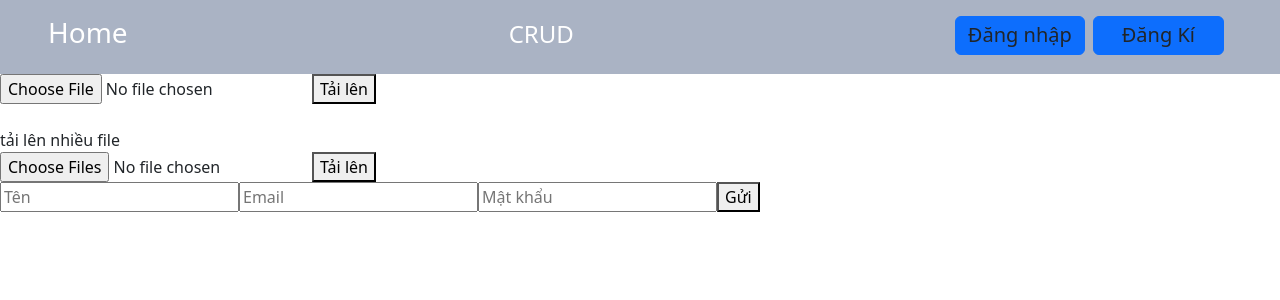
Repository: tung1999zxc/vue-project
Page: /upload
An editor plug-in stored every save of this project. The page is shown before and after a run of saves, followed by the edit.
The browser window is 1280 px wide. The pictures show the whole page.
The project was rebuilt for these pictures with package versions that can differ from the ones it lists, and the page was loaded fresh each time. Also part of the build but not shown: vite.config.ts, src/components/test.vue, src/components/footer1.vue, src/views/HomeView.vue, src/components/login.vue, src/components/Regis.vue, src/components/crud.vue.

Above is the page before, as saved 2023-08-08 10:13:34.
Console error (its wording comes from the project's code and is left out).

### index.html
<!DOCTYPE html>
<html lang="en">
  <head>
    <meta charset="UTF-8">
    <meta name="viewport" content="width=device-width, initial-scale=1.0">
    <title>Vite App</title>
  </head>
  <body>
    <div id="app"><div></div></div>
    <script type="module" src="/src/main.js"></script>

  </body>
</html>

### src/main.js


import { createApp } from 'vue';
import { createPinia } from 'pinia';



import App from './App.vue'
import router from './router/index'
import store from './store/index'
import axios from 'axios';
import { Field, Form, ErrorMessage } from 'vee-validate';

import 'bootstrap/dist/css/bootstrap.css'

// const isAuthenticated = localStorage.getItem('token');
// if (isAuthenticated !== null) {
//   store.commit('SET_AUTHENTICATION', isAuthenticated === 'true');
// }
const app = createApp(App)
app.component('Field', Field);
app.component('Form', Form);
app.component('ErrorMessage', ErrorMessage);
app.use(createPinia())
app.use(router)
app.use(store)
axios.defaults.headers.common['Authorization'] = `Bearer ${localStorage.getItem('token')}`;
app.mount('#app')

### src/App.vue
<template>
  <Menu/>
  <router-view></router-view>



</template>
<script setup lang="ts">
import axios from 'axios';
import { RouterLink, RouterView } from 'vue-router'
import Menu from './components/Menu.vue'


//import login from './components/login.vue'

// export default {
//   components: {
//     Menu,login2
//   },
// };

</script>

<style scoped>

</style>

### src/router/index.js
import { createRouter, createWebHistory } from 'vue-router'
import HomeView from '../views/HomeView.vue'
import Login from '../components/Login.vue'
import Regis from '../components/Regis.vue'
import crud from '../components/crud.vue'
import upload from '../components/upload.vue'


const router = createRouter({
  history: createWebHistory(import.meta.env.BASE_URL),
  routes : [
    {path: '/',component: HomeView,},
    {path: '/login',component:Login,},
    {path: '/Regis',component: Regis,},
    {path: '/crud',component: crud,},
    {path: '/upload',component: upload,},


  ]
})

export default router

### src/store/index.js
// store/index.js

import { createStore } from 'vuex'
import Vuex from 'vuex';
import auth from './auth';



const store = new Vuex.Store({
  modules: {
    auth, // Thêm Vuex module vào store với tên auth
  },
});

export default store;

### src/components/Menu.vue
<template>
    <div>
      <div class="justify-content-between d-flex px-5 py-3 " style="background: #aab3c4; ">


        <div class="h3"><router-link class="text-white text-decoration-none" to="/">Home</router-link></div>
        <div class="h4 mt-1"><router-link class="text-white text-decoration-none" to="/crud">CRUD</router-link></div>
        <!-- <div class="h4 mt-1"><router-link class="text-white text-decoration-none" to="/upload">UPLOAD</router-link></div> -->


        <div class=""><div v-if="!isAuthenticated" class="btn btn-primary mr-2 " >
          <router-link class="text-dark h5 text-decoration-none " to="/Login">Đăng nhập</router-link></div>
         <div v-else class="btn btn-danger " >
          <div @click="handleLogout">Đăng xuất</div></div>
         <div class="btn btn-primary mx-2"  v-show="!isAuthenticated"><router-link class=" h5 px-3 text-dark text-decoration-none" to="/Regis">Đăng Kí</router-link></div></div>

    </div>

    </div>
  </template>

  <script>
  import 'bootstrap/dist/css/bootstrap.css';
  import { mapState, mapGetters , mapMutations ,mapActions} from 'vuex';
  export default {
    computed: {
    ...mapGetters('auth', ['isAuthenticated','userinfo']),
  },
    methods: {
      ...mapMutations('auth', ['SET_AUTHENTICATED']),
      ...mapActions('auth', ['login', 'logout']),
    // handleLogin() {
    //   this.login(); // Call the login action to set isAuthenticated to true
    // },
    handleLogout() {
      this.logout(); // Call the logout action to set isAuthenticated to false
    },


        logoutUser(){
      // Xóa mã thông báo JWT khỏi localStorage khi đăng xuất
      localStorage.removeItem('token');
      // Hoặc đặt lại giá trị isAuthenticated về false khi đăng xuất
      this.SET_AUTHENTICATED = null;
      alert('đăng xuất thành  công');



    },
    },

  };
  </script>

  <style scoped>


  </style>

### src/components/upload.vue
<template>
  <div>
    <input type="file" ref="fileInput" @change="handleFileChange" />
    <button @click="uploadFile">Tải lên</button> <br><br>
    tải lên nhiều file <br>
    <input type="file" ref="fileInput" @change="handleFileChange" multiple />
    <button @click="uploadFiles">Tải lên</button>


    <Form @submit="submitForm">
      <Field name="name" rules="required" v-slot="{ errors }">
        <input v-model="name" placeholder="Tên" />
        <ErrorMessage :name="name" :errors="errors" />
      </Field>

      <Field name="email" rules="required|email" v-slot="{ errors }">
        <input v-model="email" placeholder="Email" />
        <ErrorMessage :name="email" :errors="errors" />
      </Field>

      <Field name="password" rules="required|min:6" v-slot="{ errors }">
        <input type="password" v-model="password" placeholder="Mật khẩu" />
        <ErrorMessage :name="password" :errors="errors" />
      </Field>

      <button type="submit">Gửi</button>
    </Form>
  </div>
</template>

<script>
export default {
  data() {
    return {
      selectedFile: null,
    };
  },
  methods: {
    handleFileChange(event) {
      this.selectedFile = event.target.files[0];
      // this.selectedFiles = event.target.files;
    },
    async uploadFile() {
      if (this.selectedFile) {
        const formData = new FormData();
        formData.append('file', this.selectedFile);

      //   const formData = new FormData();
      //   for (let i = 0; i < this.selectedFiles.length; i++) {
      //   formData.append('files', this.selectedFiles[i]);
      // }

        try {
          const response = await fetch('https://example.com/api/upload', {
            method: 'POST',
            body: formData,
          });

          if (response.ok) {
            console.log('Tải tệp lên thành công.');
          } else {
            console.error('Lỗi khi tải tệp lên.');
          }
        } catch (error) {
          console.error('Lỗi kết nối:', error);
        }
      } else {
        console.warn('Vui lòng chọn tệp cần tải lên.');
      }
    },
  },
};
</script>

### src/store/auth.js
const state = {
  isAuthenticated: localStorage.getItem('token'),
  userinfo: JSON.parse(localStorage.getItem('userinfo')),

  // Các thông tin người dùng khác nếu cần
};

const getters = {
  isAuthenticated: state => state.isAuthenticated,
  userinfo: state => state.userinfo,

  // Các getters khác nếu cần
};
  const mutations = {
    SET_AUTHENTICATED(state, value) {
      state.isAuthenticated = value;
    },
    SET_USERINFO(state, value) {
      state.userinfo = value;

    },
    // Các mutations khác nếu cần
  };
  import axios from 'axios';
  import router from '../router/index';
  const actions = {
    login({ commit }, { username, password }) {

      axios.post('https://api.tranhai.net/api/auth/login', {
      username: username,
      password: password
    })
    .then(response => {
      const data = response.data;
      localStorage.setItem('token', data.access_token);
      commit('SET_AUTHENTICATED', localStorage.getItem('token'));

      axios.get('https://api.tranhai.net/api/userinfo/me'
      // {
      //   headers: {
      //     Authorization: 'Bearer ' + localStorage.getItem('token'),
      //   }}
        )
      .then(response=>{
        localStorage.setItem('userinfo', JSON.stringify(response.data));

      })
      .catch(error =>{
        alert('lấy thông tin thất bại');
      })

      // console.log(data)
      // this.token = data.access_token;
    })
    .catch(error => {
      // Xử lý lỗi đăng nhập
      console.error(error);

      alert('Đăng nhập thất bại!');

    });

    //
    //

        },


      logout({ commit }) {
        localStorage.removeItem('token');
        localStorage.removeItem('userinfo');
          commit('SET_AUTHENTICATED', localStorage.getItem('token'));
          commit('SET_USERINFO', {});
          alert('đăng xuất thành  công');
        },

  };


  export default {
    namespaced: true,
    state,
    mutations,
    actions,
    getters,
  };

After the next 2 saves:
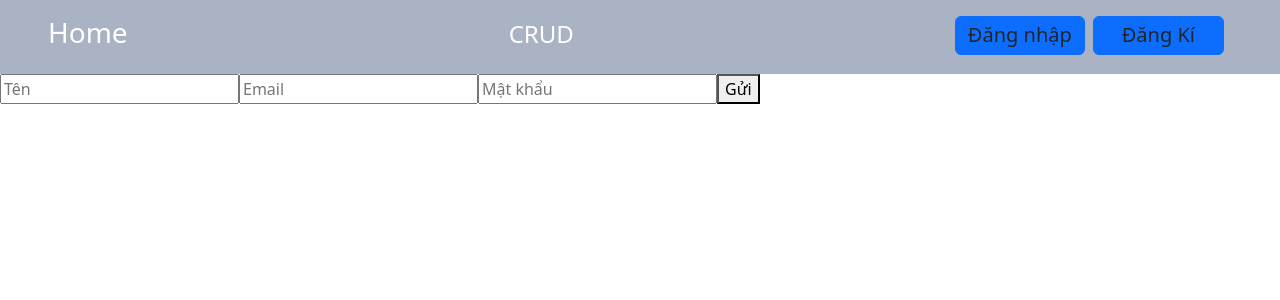
The 2 saves are shown as one change because 1 did not build or start.
The last was saved 87 s later.
--- a/src/components/upload.vue
+++ b/src/components/upload.vue
@@ -1,4 +1,51 @@
 <template>
+  <Form @submit="submitForm">
+    <Field name="name" rules="required" v-slot="{ errors }">
+      <input v-model="name" placeholder="Tên" />
+      <ErrorMessage :name="name" :errors="errors" />
+    </Field>
+
+    <Field name="email" rules="required|email" v-slot="{ errors }">
+      <input v-model="email" placeholder="Email" />
+      <ErrorMessage :name="email" :errors="errors" />
+    </Field>
+
+    <Field name="password" rules="required|min:6" v-slot="{ errors }">
+      <input type="password" v-model="password" placeholder="Mật khẩu" />
+      <ErrorMessage :name="password" :errors="errors" />
+    </Field>
+
+    <button type="submit">Gửi</button>
+  </Form>
+</template>
+
+<script>
+import { useForm } from 'vee-validate';
+
+export default {
+  setup() {
+    const { handleSubmit } = useForm();
+
+    const submitForm = handleSubmit(values => {
+      // Xử lý gửi dữ liệu
+    });
+
+    return {
+      submitForm,
+    };
+  },
+  data() {
+    return {
+      name: '',
+      email: '',
+      password: '',
+    };
+  },
+};
+</script>
+
+
+<!-- <template>
   <div>
     <input type="file" ref="fileInput" @change="handleFileChange" />
     <button @click="uploadFile">Tải lên</button> <br><br>
@@ -6,25 +53,6 @@
     <input type="file" ref="fileInput" @change="handleFileChange" multiple />
     <button @click="uploadFiles">Tải lên</button>
 
-
-    <Form @submit="submitForm">
-      <Field name="name" rules="required" v-slot="{ errors }">
-        <input v-model="name" placeholder="Tên" />
-        <ErrorMessage :name="name" :errors="errors" />
-      </Field>
-
-      <Field name="email" rules="required|email" v-slot="{ errors }">
-        <input v-model="email" placeholder="Email" />
-        <ErrorMessage :name="email" :errors="errors" />
-      </Field>
-
-      <Field name="password" rules="required|min:6" v-slot="{ errors }">
-        <input type="password" v-model="password" placeholder="Mật khẩu" />
-        <ErrorMessage :name="password" :errors="errors" />
-      </Field>
-
-      <button type="submit">Gửi</button>
-    </Form>
   </div>
 </template>
 
@@ -70,4 +98,4 @@ export default {
     },
   },
 };
-</script>
+</script> -->
